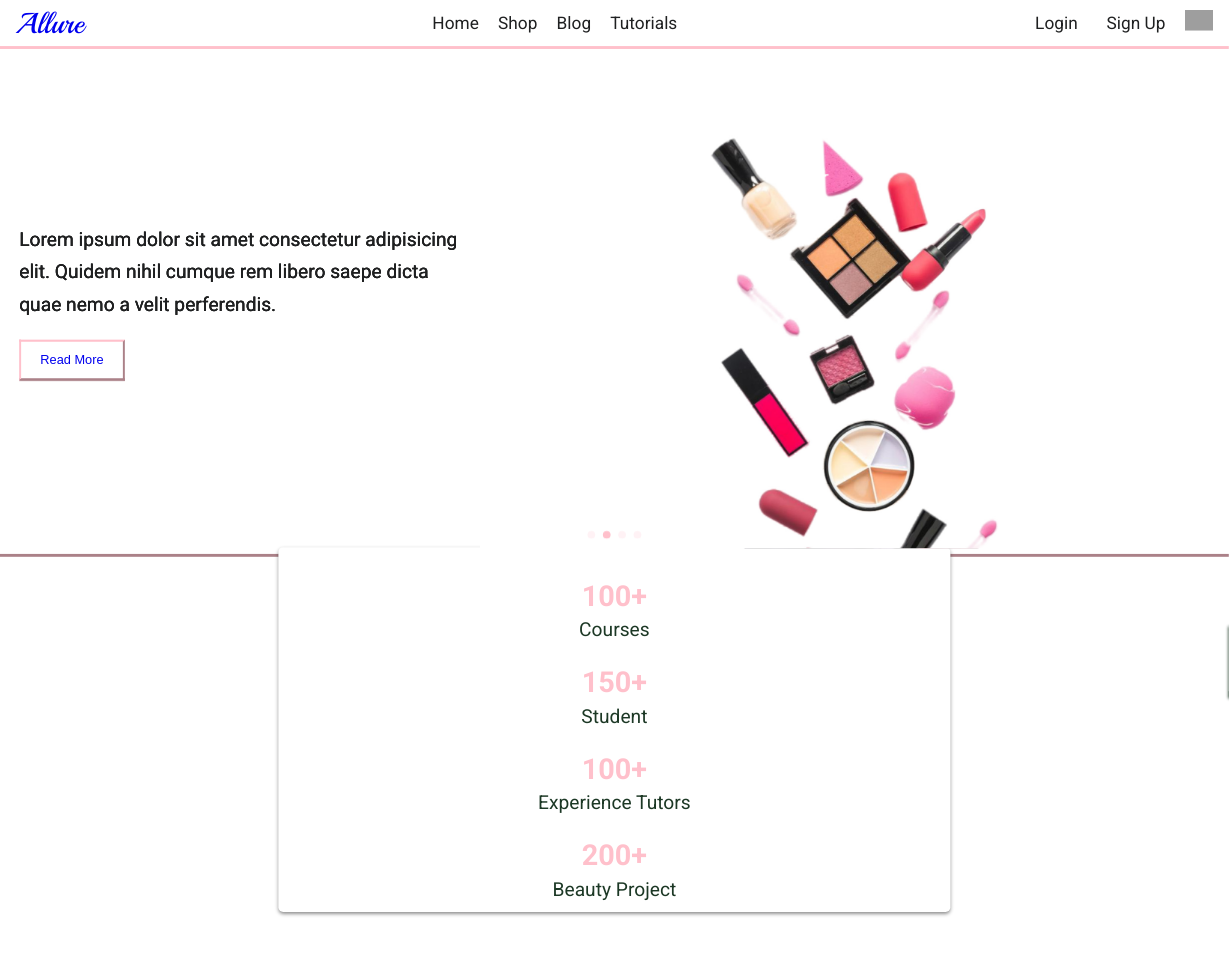
Repository: Benedict-Anthony/Allure-E-commerce-React-Js
Page: /
An editor plug-in stored every save of this project. The page is shown before and after the next save, followed by the edit.
The browser window is 1280 px wide. The pictures show the whole page, at 96% of full size.
Pictures or frames that could not be fetched are drawn as grey boxes. The page's requests for data from a server got no answer. The project was rebuilt for these pictures with package versions that can differ from the ones it lists, and the page was loaded fresh each time. No one was signed in, and anything a server would have sent is missing. Also part of the build but not shown: src/App.css, src/css/courses.css, src/shared/Course.tsx, src/shared/Product.tsx, src/pages/Shop.tsx, src/pages/Tutorials.tsx, src/pages/ProductDetail.tsx, src/components/CourseDetails.tsx and 15 more.

Above is the page before, as saved 2023-02-04 00:53:37.

After the next save:
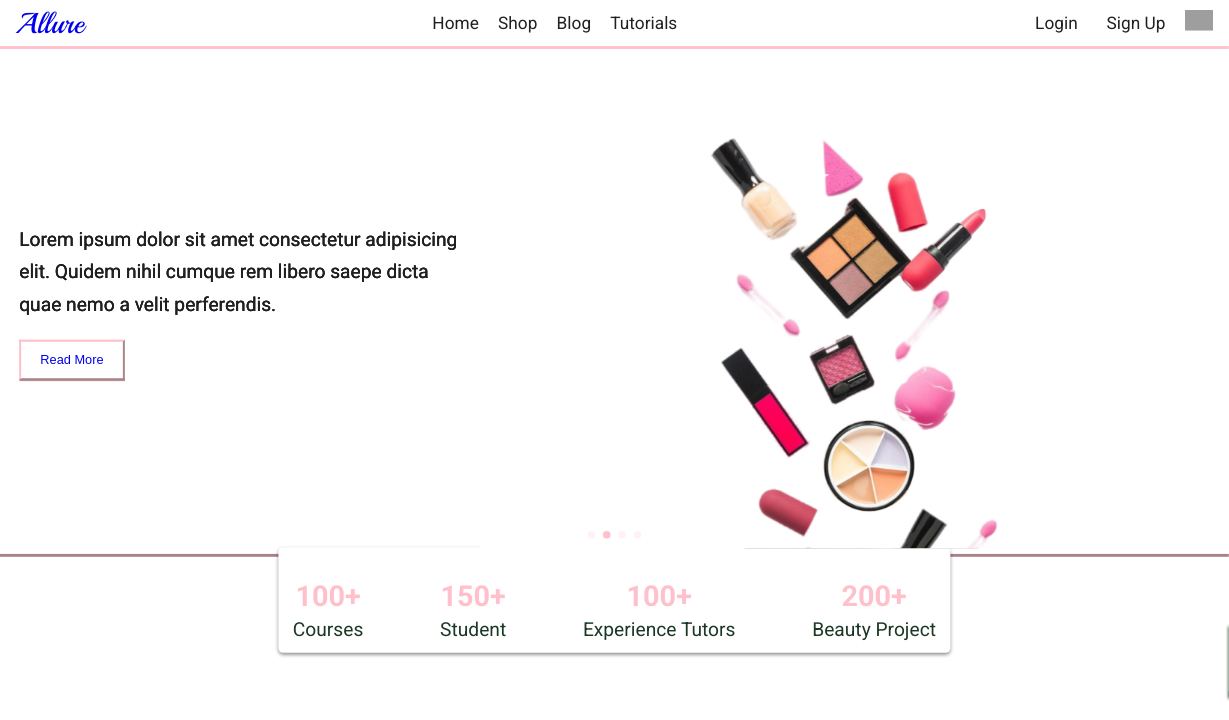
Saved 10 s later.
--- a/src/components/Landing.tsx
+++ b/src/components/Landing.tsx
@@ -64,7 +64,7 @@
 
             <div className="landing__courses">
                 <Card>
-                    <div className="landing__courses-count">
+                    <div className="landing__courses-count flex">
                         {Courses.map((item) => (
                             <div className="count" key={item.id}>
                                 <h2>{item.count}+</h2>
